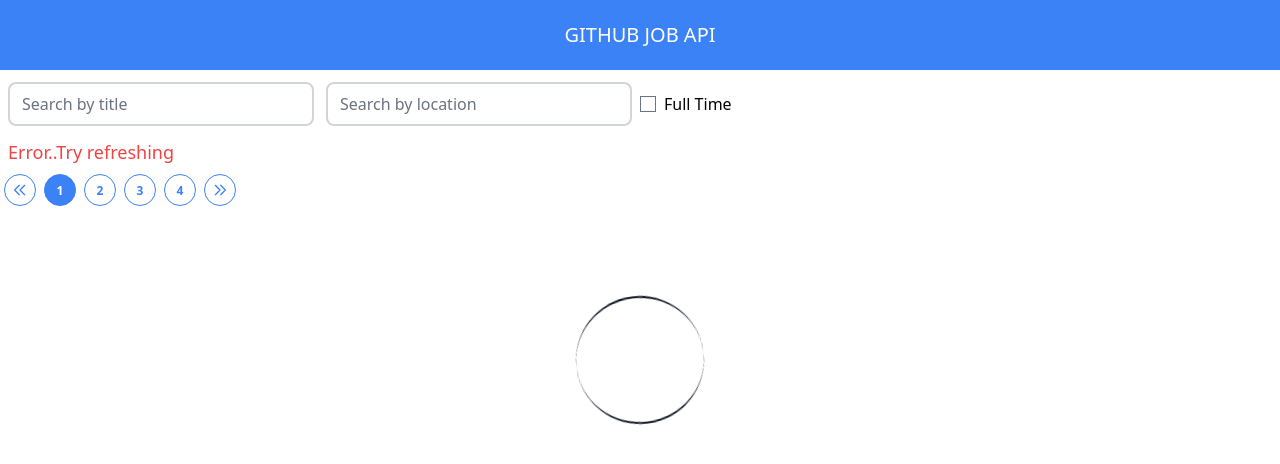
Repository: ShamroOoz/Github-job-api-React-Tailwind
Page: /
An editor plug-in stored every save of this project. The page is shown before and after the next save, followed by the edit.
The browser window is 1280 px wide. The pictures show the whole page.
The page's requests for data from a server got no answer. The project was rebuilt for these pictures with package versions that can differ from the ones it lists, and the page was loaded fresh each time. No one was signed in, and anything a server would have sent is missing. Also part of the build but not shown: craco.config.js, src/components/Reducer/Job.js.

Above is the page before, as saved 2021-03-21 17:49:58.

After the next save:
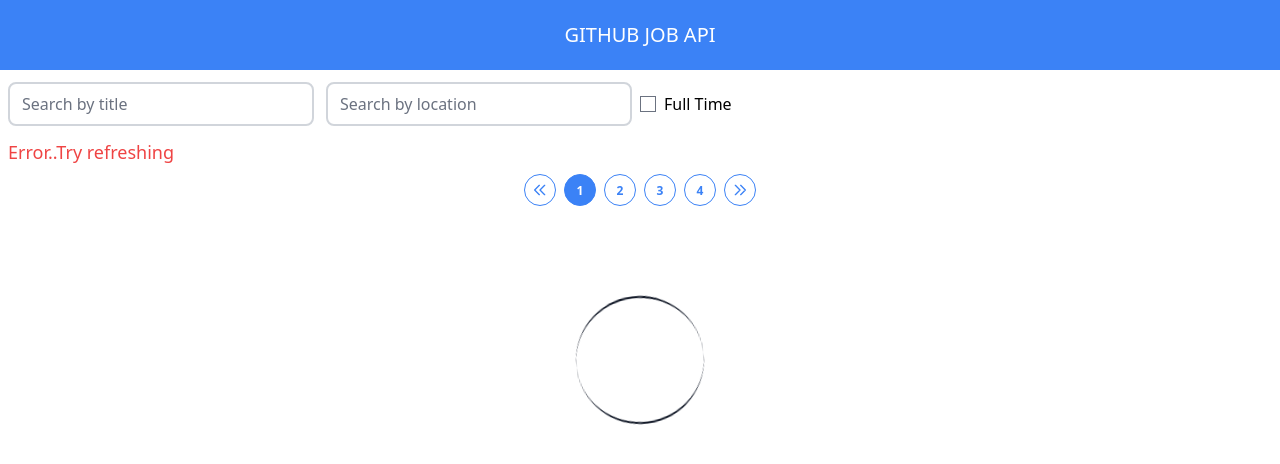
Saved 38 s later.
--- a/src/components/Pagination.js
+++ b/src/components/Pagination.js
@@ -2,7 +2,7 @@
 
 const Pagination = () => {
   return (
-    <nav className="block py-2 flex ">
+    <nav className="block py-2 flex justify-center ">
       <ul className="flex pl-0 rounded list-none flex-wrap">
         <li>
           <a
